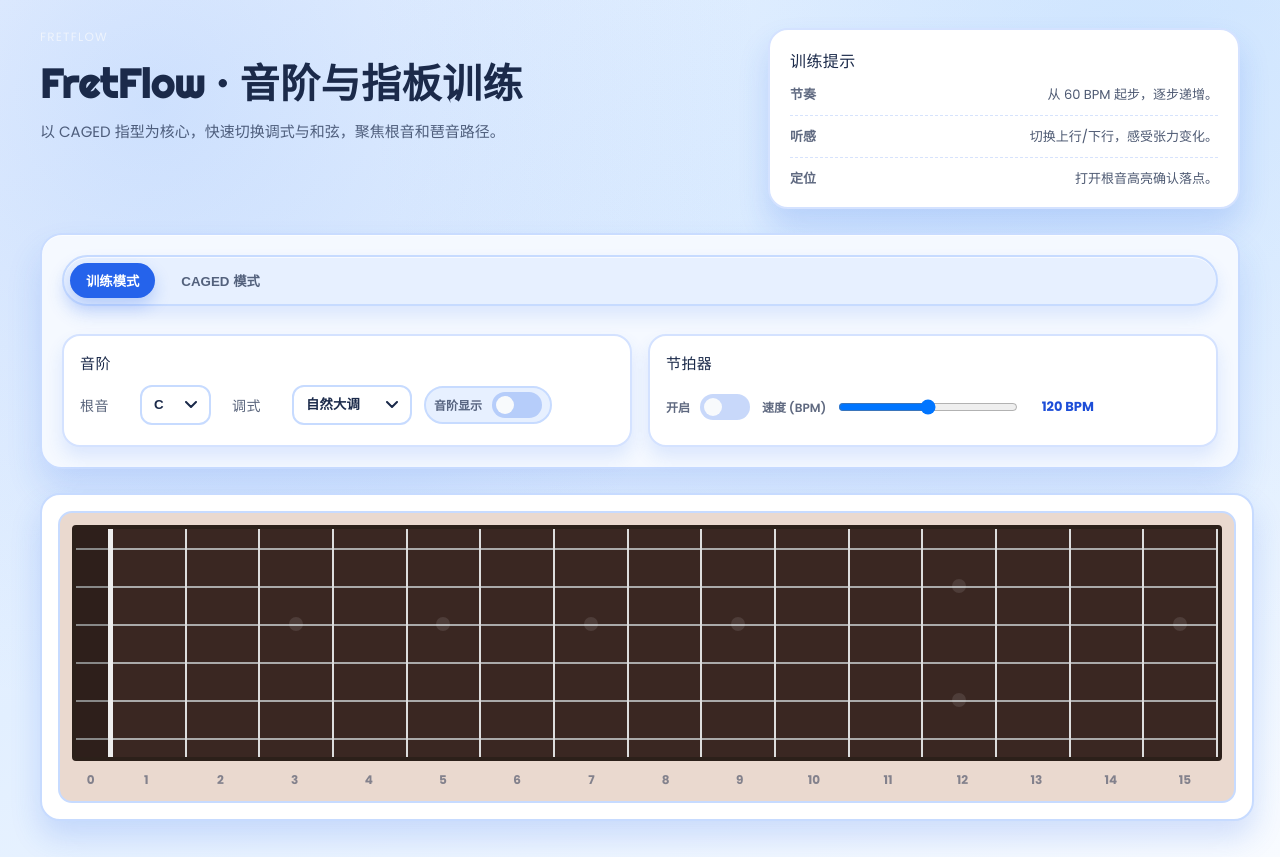
Repository: DaNN-55/FretFlow
Page: src/pages/chord-arpeggio.html
An editor plug-in stored every save of this project. The page is shown before and after the next save, followed by the edit.
The browser window is 1280 px wide. The pictures show the whole page.

Above is the page before, as saved 2026-02-06 11:22:51.

### src/pages/chord-arpeggio.html
<!doctype html>
<html lang="zh-CN">
  <head>
    <meta charset="UTF-8" />
    <meta name="viewport" content="width=device-width, initial-scale=1" />
    <title>和弦与琶音训练</title>
    <link rel="preconnect" href="https://fonts.googleapis.com" />
    <link rel="preconnect" href="https://fonts.gstatic.com" crossorigin />
    <link
      rel="stylesheet"
      href="https://fonts.googleapis.com/css2?family=Poppins:wght@300;400;500;600;700&family=Righteous&display=swap"
    />
    <link rel="stylesheet" href="../styles/guitartraining.css" />
    <link rel="stylesheet" href="../styles/chord-arpeggio.css" />
  </head>
  <body class="chord-arpeggio mode-training">
    <div class="page">
      <header class="page-hero">
        <div class="hero-copy">
          <p class="eyebrow">FretFlow</p>
          <h1>FretFlow · 音阶与指板训练</h1>
          <p class="hero-subtitle">
            以 CAGED 指型为核心，快速切换调式与和弦，聚焦根音和琶音路径。
          </p>
        </div>
        <div class="hero-card">
          <div class="hero-card-title">训练提示</div>
          <div class="hero-card-body">
            <div class="tip-row">
              <span class="tip-label">节奏</span>
              <span>从 60 BPM 起步，逐步递增。</span>
            </div>
            <div class="tip-row">
              <span class="tip-label">听感</span>
              <span>切换上行/下行，感受张力变化。</span>
            </div>
            <div class="tip-row">
              <span class="tip-label">定位</span>
              <span>打开根音高亮确认落点。</span>
            </div>
          </div>
        </div>
      </header>

      <section class="control-panel">
        <div class="mode-toggle" role="tablist" aria-label="训练模式切换">
          <button
            type="button"
            class="mode-btn active"
            data-mode="training"
            role="tab"
            aria-selected="true"
          >
            训练模式
          </button>
          <button
            type="button"
            class="mode-btn"
            data-mode="caged"
            role="tab"
            aria-selected="false"
          >
            CAGED 模式
          </button>
        </div>
        <div class="control-panel-grid">
          <div class="control-group training-only scale-group">
            <div class="group-title">音阶</div>
            <div class="control-row compact-controls">
              <label class="field field-inline">
                <span class="field-label">根音</span>
                <select id="rootSelect" aria-label="选择根音">
                  <option value="C">C</option>
                  <option value="C#">C#</option>
                  <option value="D">D</option>
                  <option value="D#">D#</option>
                  <option value="E">E</option>
                  <option value="F">F</option>
                  <option value="F#">F#</option>
                  <option value="G">G</option>
                  <option value="G#">G#</option>
                  <option value="A">A</option>
                  <option value="A#">A#</option>
                  <option value="B">B</option>
                </select>
              </label>
              <label class="field field-inline">
                <span class="field-label">调式</span>
                <select id="scaleSelect" aria-label="选择音阶调式">
                  <option value="major">自然大调</option>
                  <option value="minor">自然小调</option>
                  <option value="pentatonicMajor">大五声音阶</option>
                  <option value="pentatonicMinor">小五声音阶</option>
                </select>
              </label>
              <div class="switch-box">
                <span class="switch-label">音阶显示</span>
                <label class="switch">
                  <input
                    type="checkbox"
                    id="scaleToggle"
                    aria-label="显示音阶"
                  />
                  <span class="slider"></span>
                </label>
              </div>
            </div>
          </div>

          <div class="control-group metronome-group">
            <div class="group-title">节拍器</div>
            <div class="control-row">
              <div class="metronome-toggle">
                <label for="metronomeToggle">开启</label>
                <label class="switch">
                  <input
                    type="checkbox"
                    id="metronomeToggle"
                    aria-label="开启节拍器"
                  />
                  <span class="slider"></span>
                </label>
              </div>
              <div class="metronome-speed">
                <label for="metronomeSpeed">速度 (BPM)</label>
                <input
                  type="range"
                  id="metronomeSpeed"
                  min="40"
                  max="200"
                  value="120"
                />
                <div class="metronome-speed-value">
                  <span id="speedValue">120</span> BPM
                </div>
              </div>
            </div>
          </div>

          <div class="control-group caged-only">
            <div class="group-title">CAGED指型</div>
            <div class="control-row">
              <div class="btn-group">
                <button type="button" data-pattern="1" aria-pressed="false">
                  C指型
                </button>
                <button type="button" data-pattern="2" aria-pressed="false">
                  A指型
                </button>
                <button type="button" data-pattern="3" aria-pressed="false">
                  G指型
                </button>
                <button type="button" data-pattern="4" aria-pressed="false">
                  E指型
                </button>
                <button type="button" data-pattern="5" aria-pressed="false">
                  D指型
                </button>
              </div>
              <div class="switch-box">
                <span class="switch-label">CAGED System</span>
                <label class="switch">
                  <input
                    type="checkbox"
                    id="cagedToggle"
                    aria-label="切换 CAGED 和弦音显示"
                  />
                  <span class="slider"></span>
                </label>
              </div>
            </div>
          </div>
        </div>
      </section>

      <section
        class="fretboard-section training-only"
        id="trainingFretboardSection"
      >
        <div class="fretboard-shell" id="fretboardShell">
          <div class="fretboard-wrapper">
            <div id="fretboard" class="fretboard"></div>
            <div id="fretNumbers" class="fret-numbers"></div>
          </div>
        </div>
      </section>

      <section class="fretboard-section caged-only" id="cagedFretboardSection">
        <div id="cagedFretboardMount"></div>
      </section>
    </div>

    <script src="../chord-arpeggio.js"></script>
  </body>
</html>

### src/styles/guitartraining.css
:root {
  --fret-color: #ddd;
  --string-color: #aaa;
  --note-scale: #1f7ae0;
  --note-gold: #ffd700;
  --fretboard-bg: #3e2723;
  --bili-pink: #fb7299;
  --root-note: #ff7043;
  --control-bg: #ffffff;
  --page-bg: #f2f2f2;
}

* {
  box-sizing: border-box;
}

body {
  font-family:
    "Noto Sans SC", "PingFang SC", "Microsoft YaHei", system-ui, sans-serif;
  display: flex;
  flex-direction: column;
  align-items: center;
  background: var(--page-bg);
  padding: 16px;
  margin: 0;
  color: #222;
}

.control-panel {
  display: flex;
  flex-direction: column;
  gap: 16px;
  padding: 16px;
  background: var(--control-bg);
  border-radius: 12px;
  box-shadow: 0 6px 18px rgba(0, 0, 0, 0.08);
  margin-bottom: 24px;
  width: min(1200px, 100%);
}

.control-row {
  display: flex;
  flex-wrap: wrap;
  gap: 16px;
  align-items: center;
}

.control-label {
  font-size: 14px;
  font-weight: 700;
  color: #333;
  min-width: 72px;
}

.btn-group {
  display: flex;
  flex-wrap: wrap;
  gap: 8px;
}

button {
  padding: 9px 12px;
  cursor: pointer;
  border: 1px solid #ccc;
  background: #fff;
  border-radius: 6px;
  font-weight: 600;
  transition: 0.2s;
}

button.active {
  background: var(--note-scale);
  color: #fff;
  border-color: var(--note-scale);
}

select,
input[type="range"] {
  padding: 6px 8px;
  border: 1px solid #ccc;
  border-radius: 6px;
  background: #fff;
}

.control-row select {
  appearance: none;
  padding: 8px 34px 8px 12px;
  border-radius: 10px;
  border: 1px solid #d0d7de;
  background-color: #ffffff;
  color: #111111;
  font-weight: 700;
  letter-spacing: 0.2px;
  box-shadow: 0 1px 0 rgba(27, 31, 36, 0.04);
  background-image: url("data:[embedded picture, 230 characters]");
  background-repeat: no-repeat;
  background-position: right 10px center;
  background-size: 12px 8px;
  transition:
    border-color 0.2s ease,
    box-shadow 0.2s ease,
    background-color 0.2s ease,
    transform 0.1s ease;
}

.control-row select:hover {
  background-color: #f6f8fa;
  border-color: #d0d7de;
  box-shadow:
    0 2px 6px rgba(31, 35, 40, 0.12);
}

.control-row select:focus {
  outline: none;
  border-color: #0969da;
  box-shadow:
    0 0 0 3px rgba(9, 105, 218, 0.2);
}

.control-row select:active {
  transform: translateY(1px);
}

.switch-box {
  display: flex;
  align-items: center;
  gap: 12px;
  border-left: 1px solid #eee;
  padding-left: 16px;
}

.switch {
  position: relative;
  width: 50px;
  height: 26px;
}

.switch input {
  opacity: 0;
  width: 0;
  height: 0;
}

.slider {
  position: absolute;
  cursor: pointer;
  top: 0;
  left: 0;
  right: 0;
  bottom: 0;
  background-color: #ccc;
  transition: 0.3s;
  border-radius: 34px;
}

.slider:before {
  position: absolute;
  content: "";
  height: 18px;
  width: 18px;
  left: 4px;
  bottom: 4px;
  background-color: #fff;
  transition: 0.3s;
  border-radius: 50%;
}

input:checked + .slider {
  background-color: var(--note-gold);
}

input:checked + .slider:before {
  transform: translateX(24px);
}

.fretboard-wrapper {
  position: relative;
  width: min(1200px, 100%);
  overflow-x: auto;
  padding-bottom: 8px;
}

.fretboard {
  display: grid;
  grid-template-rows: repeat(6, 1fr);
  background: var(--fretboard-bg);
  border: 4px solid #222;
  border-radius: 4px;
  position: relative;
  min-width: 1150px;
}

.string {
  display: grid;
  grid-template-columns: 0.5fr repeat(15, 1fr);
  height: 38px;
  position: relative;
}

.string::after {
  content: "";
  position: absolute;
  left: 0;
  top: 50%;
  width: 100%;
  height: 2px;
  background: var(--string-color);
  z-index: 1;
  pointer-events: none;
}

.fret {
  border-right: 2px solid var(--fret-color);
  display: flex;
  justify-content: center;
  align-items: center;
  position: relative;
  z-index: 2;
}

.fret-0 {
  border-right: 5px solid #eee;
  background: rgba(0, 0, 0, 0.2);
}

.note {
  width: 26px;
  height: 26px;
  border-radius: 50%;
  background: var(--note-scale);
  color: #fff;
  font-size: 11px;
  font-weight: 700;
  display: none;
  justify-content: center;
  align-items: center;
  z-index: 10;
  box-shadow: 0 2px 5px rgba(0, 0, 0, 0.4);
  position: relative;
}

.note.root-note {
  background: var(--root-note);
  box-shadow: 0 0 8px rgba(255, 112, 67, 0.8);
}

.note .degree {
  position: absolute;
  bottom: -12px;
  font-size: 9px;
  color: #ffdede;
}

@keyframes golden-breath {
  0%,
  100% {
    box-shadow: 0 0 0px rgba(255, 215, 0, 0);
    border: 1px solid transparent;
  }
  50% {
    box-shadow: 0 0 10px 4px rgba(255, 215, 0, 0.8);
    border: 1px solid var(--note-gold);
  }
}

/* 基础显示逻辑 */
.fretboard.pattern-1 .p1.in-scale,
.fretboard.pattern-2 .p2.in-scale,
.fretboard.pattern-3 .p3.in-scale,
.fretboard.pattern-4 .p4.in-scale,
.fretboard.pattern-5 .p5.in-scale {
  display: flex;
}

/* 呼吸灯逻辑：仅当音符在当前激活的指型中被定义为“有效和弦音(ct)”时闪烁 */
.fretboard:not(.caged-on).pattern-1 .p1.in-scale.ct1,
.fretboard:not(.caged-on).pattern-2 .p2.in-scale.ct2,
.fretboard:not(.caged-on).pattern-3 .p3.in-scale.ct3,
.fretboard:not(.caged-on).pattern-4 .p4.in-scale.ct4,
.fretboard:not(.caged-on).pattern-5 .p5.in-scale.ct5 {
  animation: golden-breath 2s infinite ease-in-out;
}

/* CAGED 模式激活时的逻辑 */
.fretboard.caged-on .note {
  display: none !important;
}

.fretboard.caged-on.pattern-1 .p1.in-scale.ct1,
.fretboard.caged-on.pattern-2 .p2.in-scale.ct2,
.fretboard.caged-on.pattern-3 .p3.in-scale.ct3,
.fretboard.caged-on.pattern-4 .p4.in-scale.ct4,
.fretboard.caged-on.pattern-5 .p5.in-scale.ct5 {
  display: flex !important;
  background: var(--note-gold);
  color: #332200;
}

.inlay {
  position: absolute;
  width: 14px;
  height: 14px;
  background: rgba(255, 255, 255, 0.1);
  border-radius: 50%;
}

.fret-numbers {
  display: grid;
  grid-template-columns: 0.5fr repeat(15, 1fr);
  width: 100%;
  margin-top: 10px;
  min-width: 1150px;
}

.num {
  text-align: center;
  font-size: 12px;
  color: #777;
  font-weight: 700;
}

.metronome-toggle,
.metronome-speed {
  display: flex;
  align-items: center;
  gap: 12px;
  white-space: nowrap;
}

.metronome-speed input[type="range"] {
  width: 150px;
  cursor: pointer;
}

.metronome-speed-value {
  font-size: 13px;
  font-weight: 700;
  color: var(--note-scale);
  min-width: 75px;
  text-align: center;
}

.footer {
  margin-top: 40px;
  padding: 20px;
  text-align: center;
  border-top: 1px solid #ddd;
  width: min(1200px, 100%);
}

.footer .name {
  font-size: 14px;
  color: #666;
  letter-spacing: 1px;
  margin-bottom: 8px;
}

.footer a {
  color: var(--bili-pink);
  text-decoration: none;
  font-weight: 600;
  font-size: 13px;
  display: inline-flex;
  align-items: center;
  gap: 6px;
  transition: 0.3s;
}

.footer a:hover {
  opacity: 0.8;
  text-shadow: 0 0 8px rgba(251, 114, 153, 0.2);
}

@media (max-width: 768px) {
  .control-label {
    min-width: auto;
  }

  .switch-box {
    border-left: none;
    padding-left: 0;
  }
}

Loaded but not shown: src/chord-arpeggio.js (563 lines, source omitted); src/styles/chord-arpeggio.css (513 lines, source omitted)

After the next save:
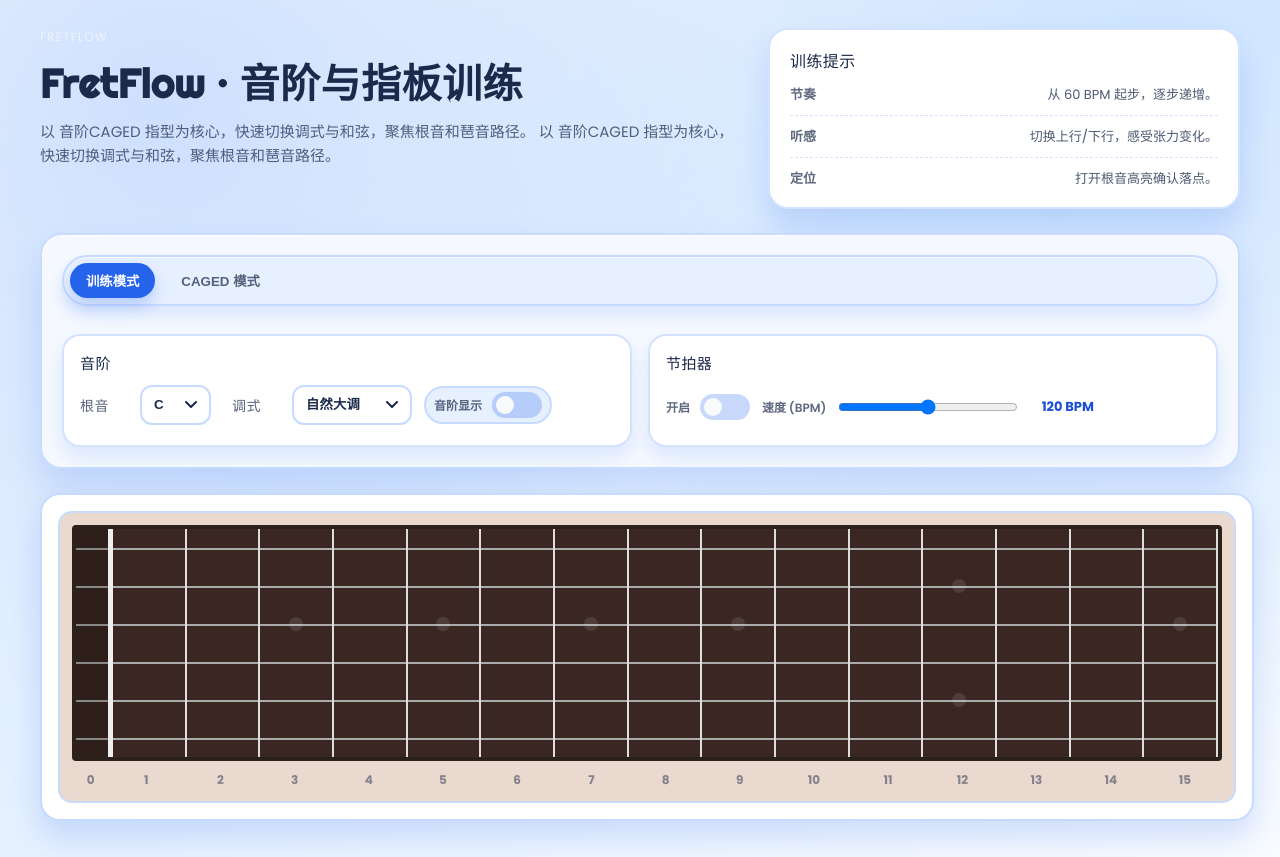
Saved 23 s later.
--- a/src/pages/chord-arpeggio.html
+++ b/src/pages/chord-arpeggio.html
@@ -20,7 +20,8 @@
           <p class="eyebrow">FretFlow</p>
           <h1>FretFlow · 音阶与指板训练</h1>
           <p class="hero-subtitle">
-            以 CAGED 指型为核心，快速切换调式与和弦，聚焦根音和琶音路径。
+            以 音阶CAGED 指型为核心，快速切换调式与和弦，聚焦根音和琶音路径。 以
+            音阶CAGED 指型为核心，快速切换调式与和弦，聚焦根音和琶音路径。
           </p>
         </div>
         <div class="hero-card">
